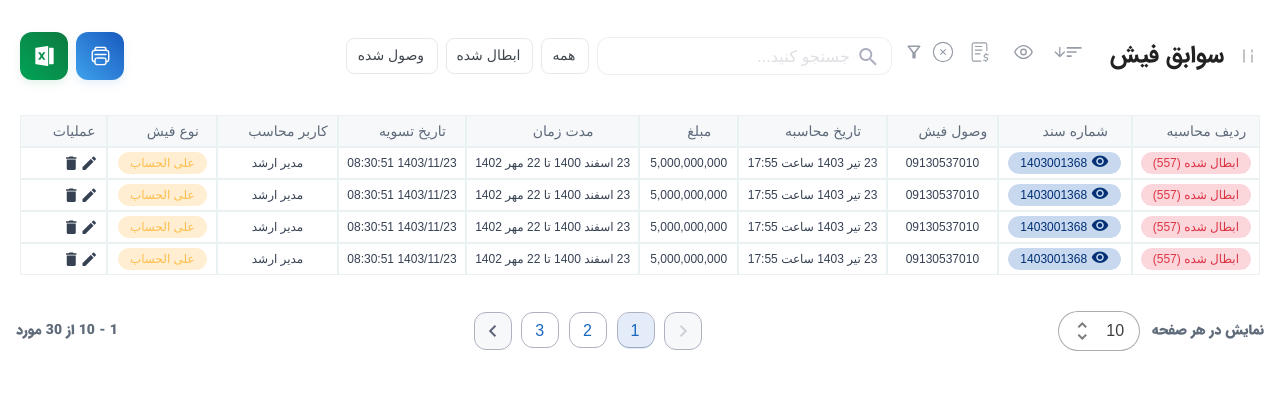
Repository: mobinazarein/data-table
Page: /
These files come from the project's save history. The page is drawn as it stood at one moment and after the next save; the edit follows.
The browser window is 1280 px wide. The pictures show the whole page.
Some web fonts or font styles are not loaded; a fallback is used. The project was rebuilt for these pictures with package versions that can differ from the ones it lists, and the page was loaded fresh each time. Also part of the build but not shown: vue.config.js.

Above is the page before, as saved 2025-03-26 11:42:44.

After the next save:
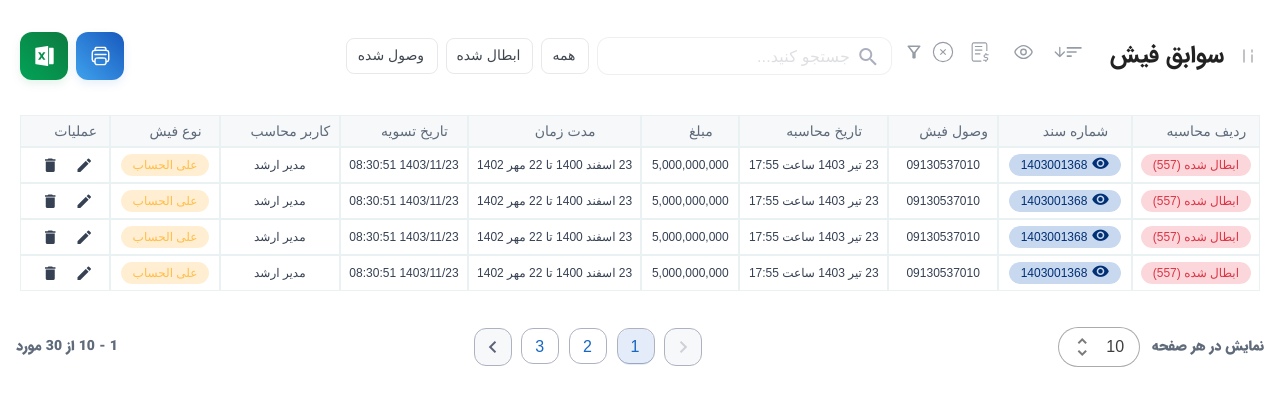
Saved 14 s later.
--- a/src/components/DataTable.vue
+++ b/src/components/DataTable.vue
@@ -78,7 +78,8 @@
           </template>
           <template #item.actions="{ item }">
             <div class="d-flex align-center">
-              <v-icon v-for="(action, index) in actions" :key="index" @click="action.method(item)">{{ action.icon
+              <v-icon class="ma-2" v-for="(action, index) in actions" :key="index" @click="action.method(item)">{{
+                action.icon
                 }}</v-icon>
             </div>
           </template>
